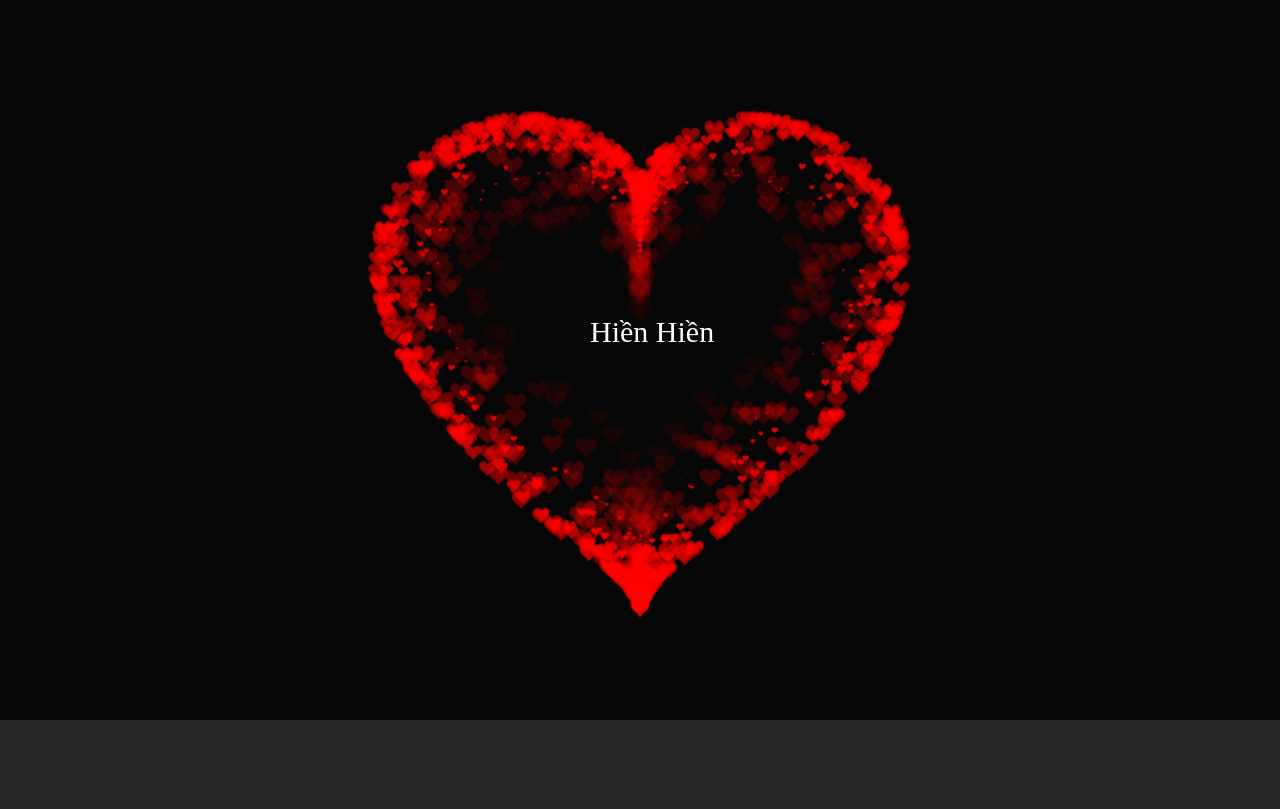
Repository: OanhBuonNgu/git_test
Page: index.html
An editor plug-in stored every save of this project. The page is shown before and after the next save, followed by the edit.
The browser window is 1280 px wide. The pictures show the whole page.

Above is the page before, as saved 2022-11-13 21:43:54.

### index.html
<!DOCTYPE html>
<html lang="en">

<HEAD>
    <meta charset="UTF-8">
    <meta http-equiv="X-UA-Compatible" content="IE=edge">
    <meta name="viewport" content="width=device-width, initial-scale=1.0">
    <title>Design By Nguyễn Đình Oanh</title>
    <link rel="stylesheet" href="style.css">
    <style>
        html,
        body {
            height: 100%;
            padding: 0;
            margin: 0;
            background: rgba(0, 0, 0, 0.851);
        }

        canvas {
            position: absolute;
            width: 100%;
            height: 100%;
        }
    </style>
</HEAD>

<BODY>
    <div class="container">
        <div class="box">
            <div style="color:rgb(255, 255, 255);position:absolute;top: 330px;left:450px;font-size:30px;z-index: 1;">Hiền Hiền</div>
            <canvas id="pinkboard"></canvas>
        </div>
        <script>
            var settings = {
                particles: {
                    length: 1200,
                    duration: 2,
                    velocity: 150,
                    effect: -1.2,
                    size: 20,
                },
            };
            /*
             */
            (function() {
                var b = 0;
                var c = ["ms", "moz", "webkit", "o"];
                for (var a = 0; a < c.length && !window.requestAnimationFrame; ++a) {
                    window.requestAnimationFrame = window[c[a] + "RequestAnimationFrame"];
                    window.cancelAnimationFrame = window[c[a] + "CancelAnimationFrame"] || window[c[a] + "CancelRequestAnimationFrame"]
                }
                if (!window.requestAnimationFrame) {
                    window.requestAnimationFrame = function(h, e) {
                        var d = new Date().getTime();
                        var f = Math.max(0, 50 - (d - b));
                        var g = window.setTimeout(function() {
                            h(d + f)
                        }, f);
                        b = d + f;
                        return g
                    }
                }
                if (!window.cancelAnimationFrame) {
                    window.cancelAnimationFrame = function(d) {
                        clearTimeout(d)
                    }
                }
            }());
            /*
             * Point class
             */
            var Point = (function() {
                function Point(x, y) {
                    this.x = (typeof x !== 'undefined') ? x : 0;
                    this.y = (typeof y !== 'undefined') ? y : 0;
                }
                Point.prototype.clone = function() {
                    return new Point(this.x, this.y);
                };
                Point.prototype.length = function(length) {
                    if (typeof length == 'undefined')
                        return Math.sqrt(this.x * this.x + this.y * this.y);
                    this.normalize();
                    this.x *= length;
                    this.y *= length;
                    return this;
                };
                Point.prototype.normalize = function() {
                    var length = this.length();
                    this.x /= length;
                    this.y /= length;
                    return this;
                };
                return Point;
            })();
            /*
             * Particle class
             */
            var Particle = (function() {
                function Particle() {
                    this.position = new Point();
                    this.velocity = new Point();
                    this.acceleration = new Point();
                    this.age = 0;
                }
                Particle.prototype.initialize = function(x, y, dx, dy) {
                    this.position.x = x;
                    this.position.y = y;
                    this.velocity.x = dx;
                    this.velocity.y = dy;
                    this.acceleration.x = dx * settings.particles.effect;
                    this.acceleration.y = dy * settings.particles.effect;
                    this.age = 0;
                };
                Particle.prototype.update = function(deltaTime) {
                    this.position.x += this.velocity.x * deltaTime;
                    this.position.y += this.velocity.y * deltaTime;
                    this.velocity.x += this.acceleration.x * deltaTime;
                    this.velocity.y += this.acceleration.y * deltaTime;
                    this.age += deltaTime;
                };
                Particle.prototype.draw = function(context, image) {
                    function ease(t) {
                        return (--t) * t * t + 1;
                    }
                    var size = image.width * ease(this.age / settings.particles.duration);
                    context.globalAlpha = 1 - this.age / settings.particles.duration;
                    context.drawImage(image, this.position.x - size / 2, this.position.y - size / 2, size, size);
                };
                return Particle;
            })();
            /*
             * ParticlePool class
             */
            var ParticlePool = (function() {
                var particles,
                    firstActive = 0,
                    firstFree = 0,
                    duration = settings.particles.duration;

                function ParticlePool(length) {
                    // create and populate particle pool
                    particles = new Array(length);
                    for (var i = 0; i < particles.length; i++)
                        particles[i] = new Particle();
                }
                ParticlePool.prototype.add = function(x, y, dx, dy) {
                    particles[firstFree].initialize(x, y, dx, dy);

                    // handle circular queue
                    firstFree++;
                    if (firstFree == particles.length) firstFree = 0;
                    if (firstActive == firstFree) firstActive++;
                    if (firstActive == particles.length) firstActive = 0;
                };
                ParticlePool.prototype.update = function(deltaTime) {
                    var i;

                    // update active particles
                    if (firstActive < firstFree) {
                        for (i = firstActive; i < firstFree; i++)
                            particles[i].update(deltaTime);
                    }
                    if (firstFree < firstActive) {
                        for (i = firstActive; i < particles.length; i++)
                            particles[i].update(deltaTime);
                        for (i = 0; i < firstFree; i++)
                            particles[i].update(deltaTime);
                    }

                    // remove inactive particles
                    while (particles[firstActive].age >= duration && firstActive != firstFree) {
                        firstActive++;
                        if (firstActive == particles.length) firstActive = 0;
                    }


                };
                ParticlePool.prototype.draw = function(context, image) {
                    // draw active particles
                    if (firstActive < firstFree) {
                        for (i = firstActive; i < firstFree; i++)
                            particles[i].draw(context, image);
                    }
                    if (firstFree < firstActive) {
                        for (i = firstActive; i < particles.length; i++)
                            particles[i].draw(context, image);
                        for (i = 0; i < firstFree; i++)
                            particles[i].draw(context, image);
                    }
                };
                return ParticlePool;
            })();
            /*
             * Putting it all together
             */
            (function(canvas) {
                var context = canvas.getContext('2d'),
                    particles = new ParticlePool(settings.particles.length),
                    particleRate = settings.particles.length / settings.particles.duration, // particles/sec
                    time;

                // get point on heart with -PI <= t <= PI
                function pointOnHeart(t) {
                    return new Point(
                        160 * Math.pow(Math.sin(t), 3),
                        130 * Math.cos(t) - 50 * Math.cos(2 * t) - 20 * Math.cos(3 * t) - 10 * Math.cos(4 * t) + 25
                    );
                }

                // creating the particle image using a dummy canvas
                var image = (function() {
                    var canvas = document.createElement('canvas'),
                        context = canvas.getContext('2d');
                    canvas.width = settings.particles.size;
                    canvas.height = settings.particles.size;
                    // helper function to create the path
                    function to(t) {
                        var point = pointOnHeart(t);
                        point.x = settings.particles.size / 2 + point.x * settings.particles.size / 350;
                        point.y = settings.particles.size / 2 - point.y * settings.particles.size / 350;
                        return point;
                    }
                    // create the path
                    context.beginPath();
                    var t = -Math.PI;
                    var point = to(t);
                    context.moveTo(point.x, point.y);
                    while (t < Math.PI) {
                        t += 0.05; // baby steps!
                        point = to(t);
                        context.lineTo(point.x, point.y);
                    }
                    context.closePath();
                    // create the fill
                    context.fillStyle = '#FF0000';
                    context.fill();
                    // create the image
                    var image = new Image();
                    image.src = canvas.toDataURL('');
                    return image;
                })();

                // render that thing!
                function render() {
                    // next animation frame
                    requestAnimationFrame(render);

                    // update time
                    var newTime = new Date().getTime() / 900,
                        deltaTime = newTime - (time || newTime);
                    time = newTime;

                    // clear canvas
                    context.clearRect(0, 0, canvas.width, canvas.height);

                    // create new particles
                    var amount = particleRate * deltaTime;
                    for (var i = 0; i < amount; i++) {
                        var pos = pointOnHeart(Math.PI - 2 * Math.PI * Math.random());
                        var dir = pos.clone().length(settings.particles.velocity);
                        particles.add(canvas.width / 2 + pos.x, canvas.height / 2 - pos.y, dir.x, -dir.y);
                    }

                    // update and draw particles
                    particles.update(deltaTime);
                    particles.draw(context, image);
                }

                // handle (re-)sizing of the canvas
                function onResize() {
                    canvas.width = canvas.clientWidth;
                    canvas.height = canvas.clientHeight;
                }
                window.onresize = onResize;

                // delay rendering bootstrap
                setTimeout(function() {
                    onResize();
                    render();
                }, 10);
            })(document.getElementById('pinkboard'));
        </script>
    </div>

</BODY>

</HTML>

### style.css
body {
    display: flex;
    justify-content: center;
    align-items: center;
    background: #2c3e50
}

.box {
    width: 1000px;
    position: absolute;
    top: 50%;
    left: 50%;
    transform: translate(-50%, -50%);
    display: flex;
    flex-direction: column;
}

#pinkboard {
    position: relative;
    margin: auto;
    height: 750px;
    width: 750px;
    animation: animate 1.2s infinite;
}

#pinkboard:before,
#pinkboard:after {
    content: '';
    position: absolute;
    background: #000000;
    width: 100px;
    height: 160px;
    border-top-left-radius: 50px;
    border-top-right-radius: 50px;
}

#pinkboard:before {
    left: 100px;
    transform: rotate(-45deg);
    transform-origin: 0 100%;
    box-shadow: 0 14px 28px rgba(0, 0, 0, 0.25), 0 10px 10px rgba(0, 0, 0, 0.22);
}

#pinkboard:after {
    left: 0;
    transform: rotate(45deg);
    transform-origin: 100% 100%;
}

@keyframes animate {
    0% {
        transform: scale(1);
    }
    20% {
        transform: scale(1.2);
    }
    30% {
        transform: scale(1.3);
    }
    40% {
        transform: scale(1.4);
    }
    50% {
        transform: scale(1.5);
    }
    60% {
        transform: scale(1.4);
    }
    80% {
        transform: scale(1.2);
    }
    100% {
        transform: scale(1);
    }
}

After the next save:
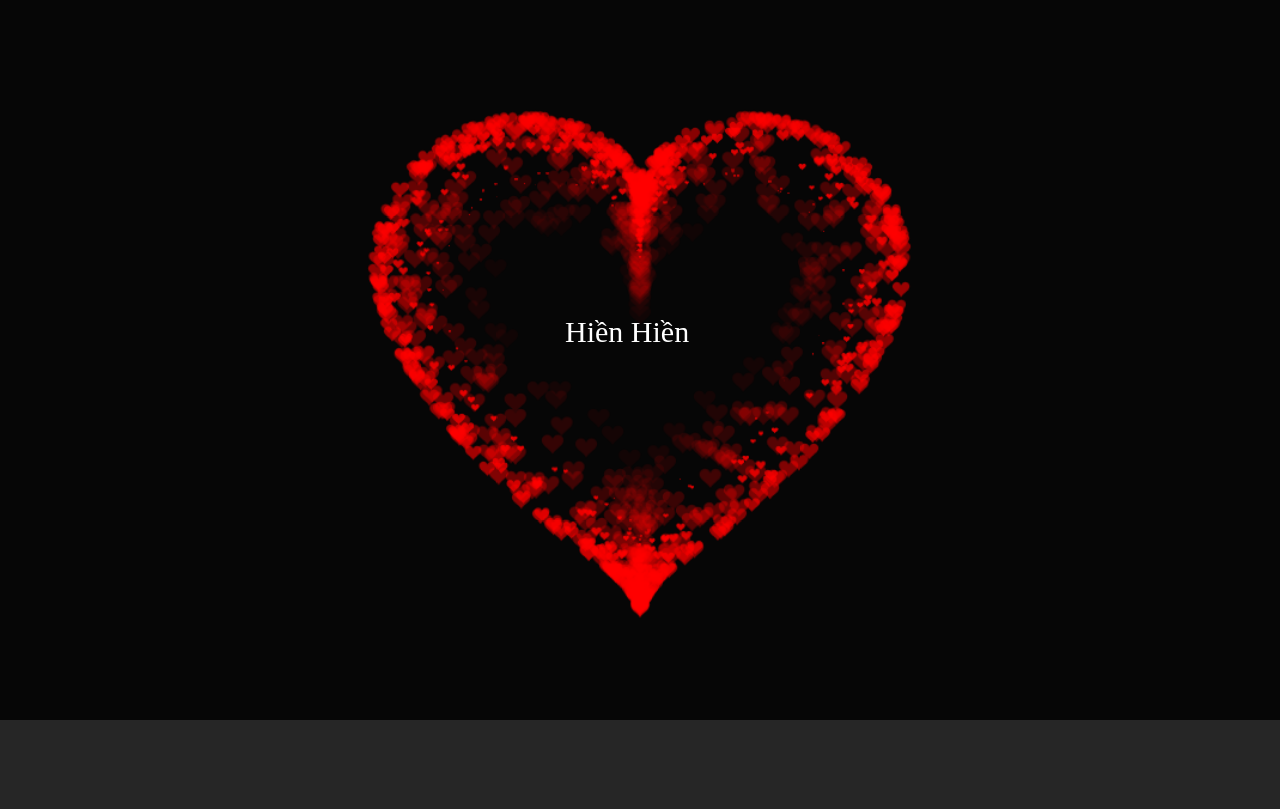
Saved 7 s later.
--- a/index.html
+++ b/index.html
@@ -27,7 +27,7 @@
 <BODY>
     <div class="container">
         <div class="box">
-            <div style="color:rgb(255, 255, 255);position:absolute;top: 330px;left:450px;font-size:30px;z-index: 1;">Hiền Hiền</div>
+            <div style="color:rgb(255, 255, 255);position:absolute;top: 330px;left:425px;font-size:30px;z-index: 1;">Hiền Hiền</div>
             <canvas id="pinkboard"></canvas>
         </div>
         <script>
